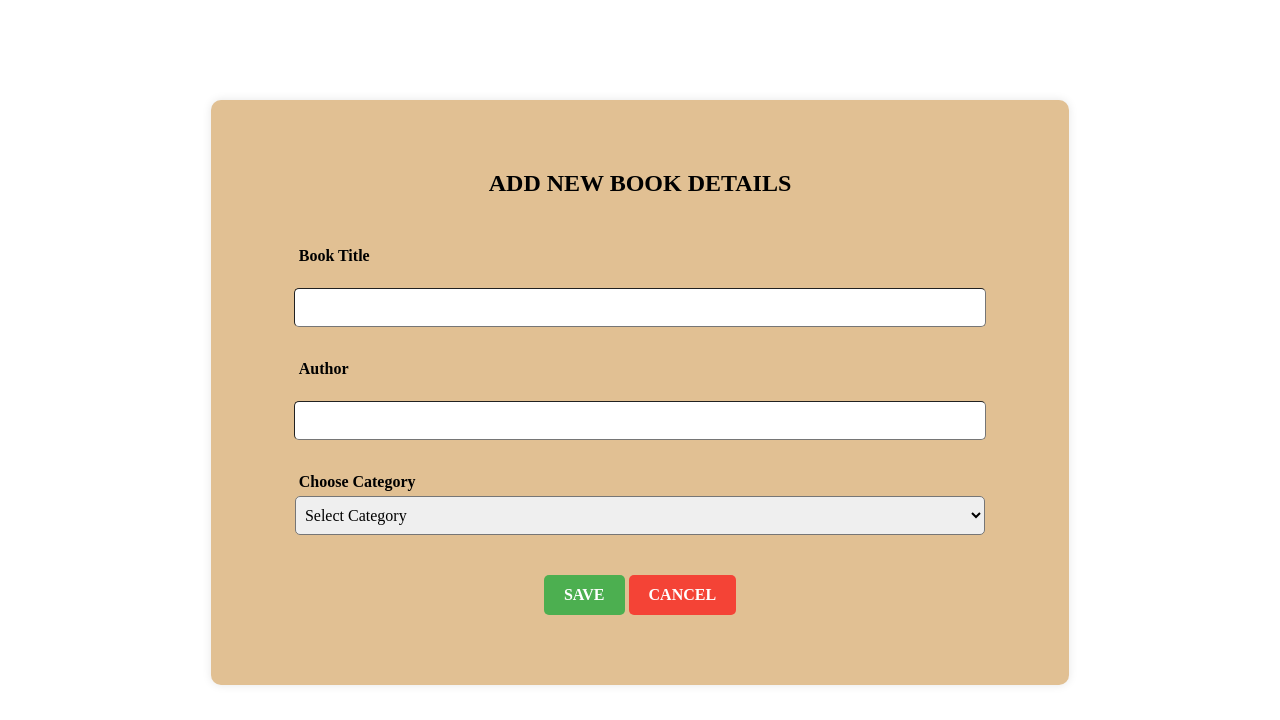
Repository: devikrishna908/RURAL-LIBRARY-MANAGEMENT
Page: http://localhost/library-management/WEB-INF/jsp/add-book.jsp
The author's editor kept a copy of each file at every save. The page is drawn from the files as they stood at one save, then again after a run of saves.
The browser window is 1280 px wide. The pictures show the whole page.
The page is served by Tomcat 9. Nobody is signed in. The template is opened directly, without the code that normally fills it, so the values that code supplies are empty.

Above is the page before, as saved 2024-05-24 06:02:07.

After the next 2 saves:
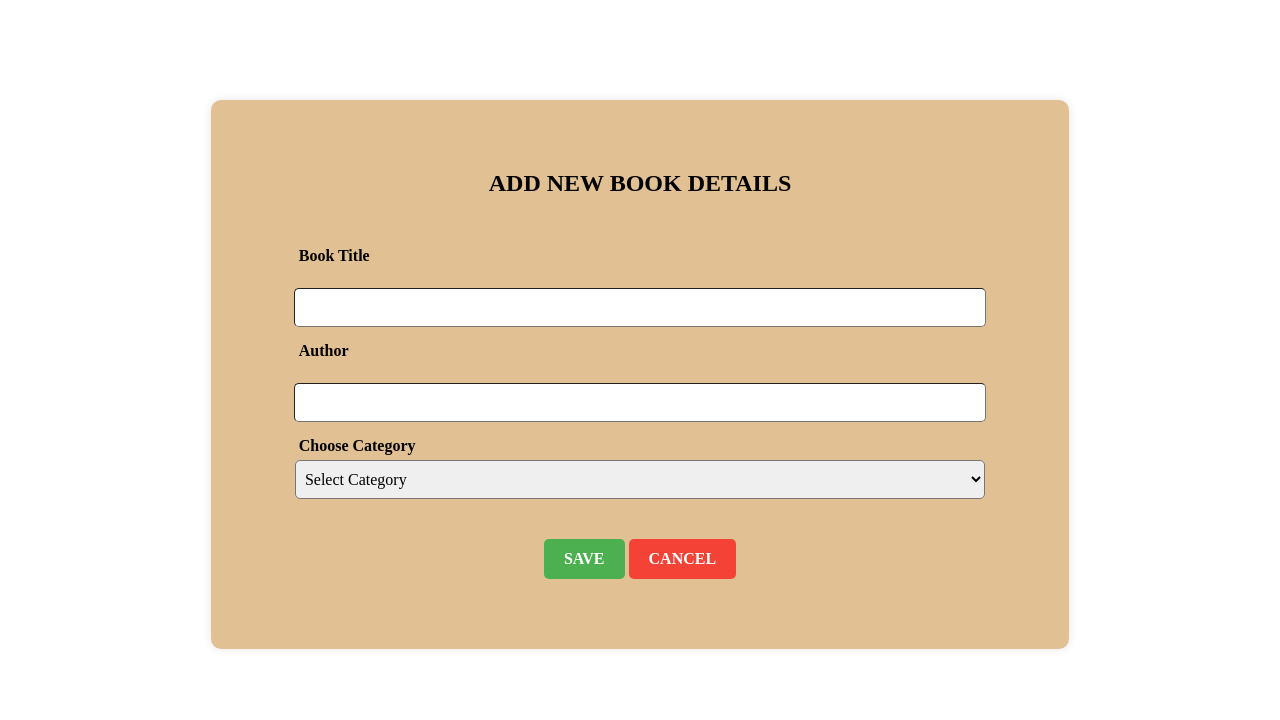
The 2 saves are shown as one change because they came seconds apart.
The last was saved 13 s later.
--- a/library-management/src/main/webapp/WEB-INF/jsp/add-book.jsp
+++ b/library-management/src/main/webapp/WEB-INF/jsp/add-book.jsp
@@ -15,10 +15,10 @@
 				onsubmit="return validateForm()">
 
 	    	    <label for="bookTitle">Book Title</label><br>
-    	    	<input type="text" id="bookTitle" name="bookTitle"><br><br>
+    	    	<input type="text" id="bookTitle" name="bookTitle"><br>
 
 		        <label for="author">Author</label><br>
-    		    <input type="text" id="author" name="author"><br><br>
+    		    <input type="text" id="author" name="author"><br>
 
 				<label for="category">Choose Category</label>
 				<select id="service" name="service">
